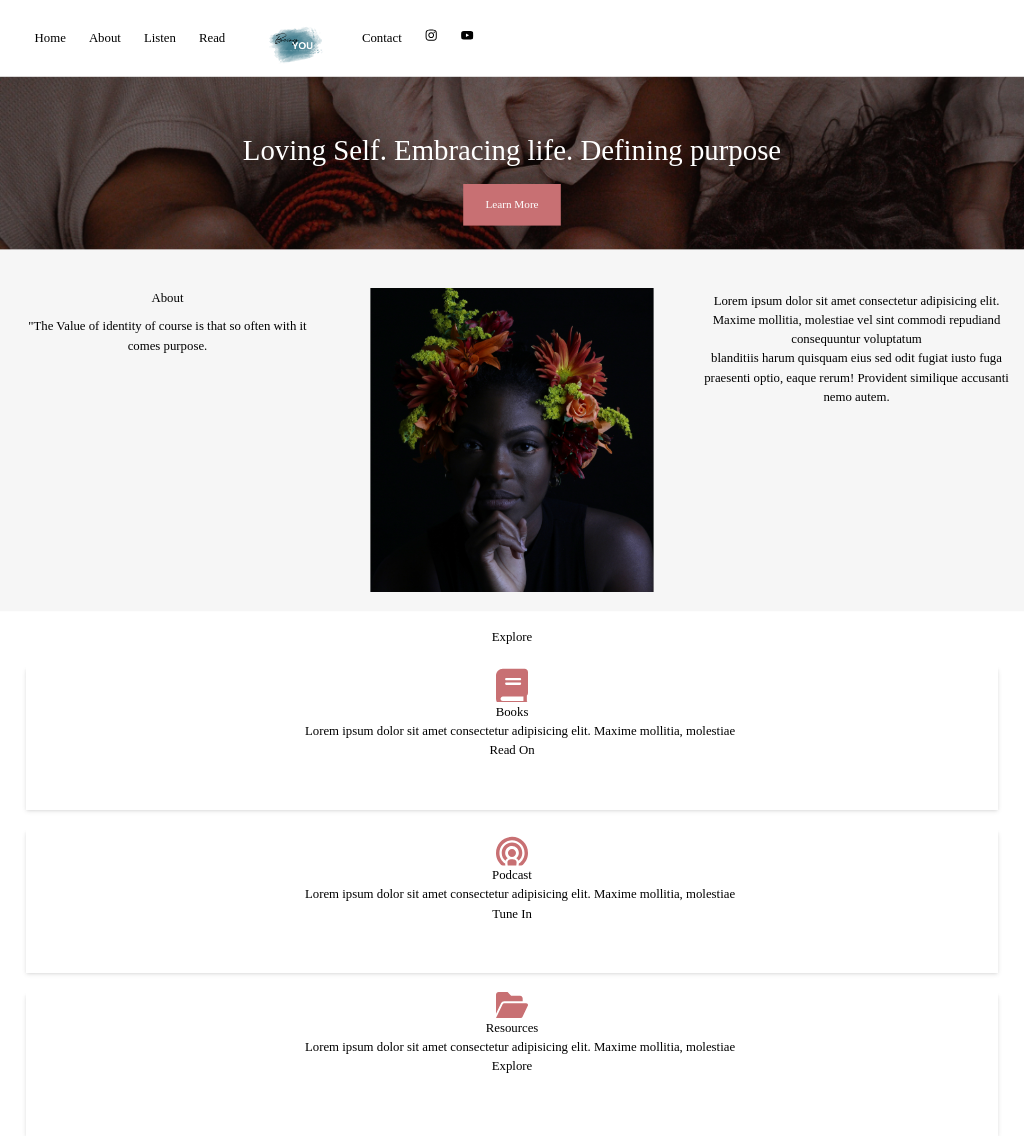
Repository: BrightonMboya/being-you
Page: /
An editor plug-in stored every save of this project. The page is shown before and after the next save, followed by the edit.
The browser window is 1280 px wide. The pictures show the whole page, at 80% of full size.
The project was rebuilt for these pictures with package versions that can differ from the ones it lists, and the page was loaded fresh each time.

Above is the page before, as saved 2022-05-28 16:59:16.

After the next save:
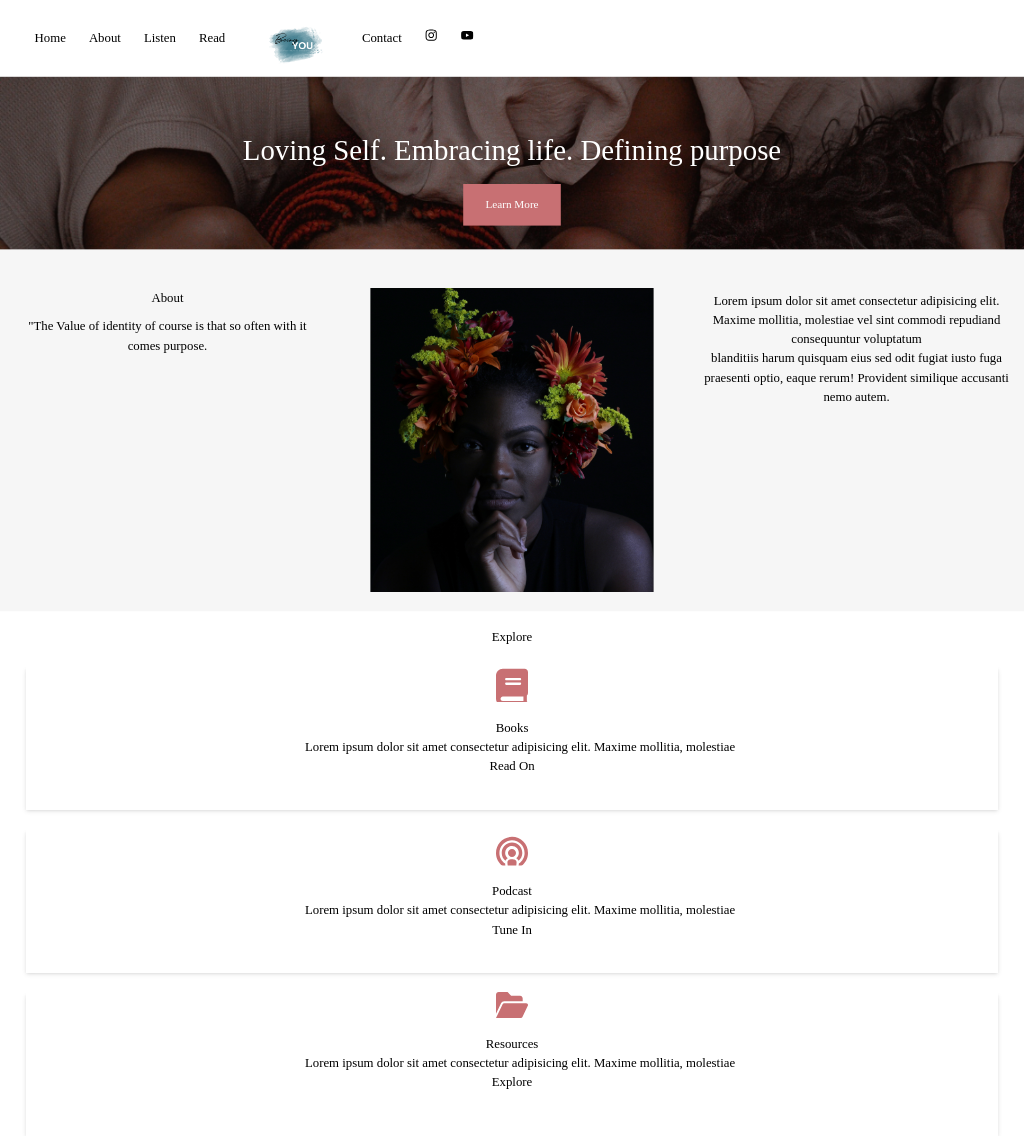
Saved 13 s later.
--- a/src/Components/Podcast/ExploreCard.jsx
+++ b/src/Components/Podcast/ExploreCard.jsx
@@ -5,7 +5,7 @@ const ExploreCard = (props) => {
     <div className="mt-6">
       <div className="flex flex-col items-center shadow-md h-[25vh]">
         <img src={props.image} alt="" />
-        <h3>{props.title}</h3>
+        <h3 className="mt-5">{props.title}</h3>
         <p className="ml-5">{props.description}</p>
 
         <button>{props.action}</button>
